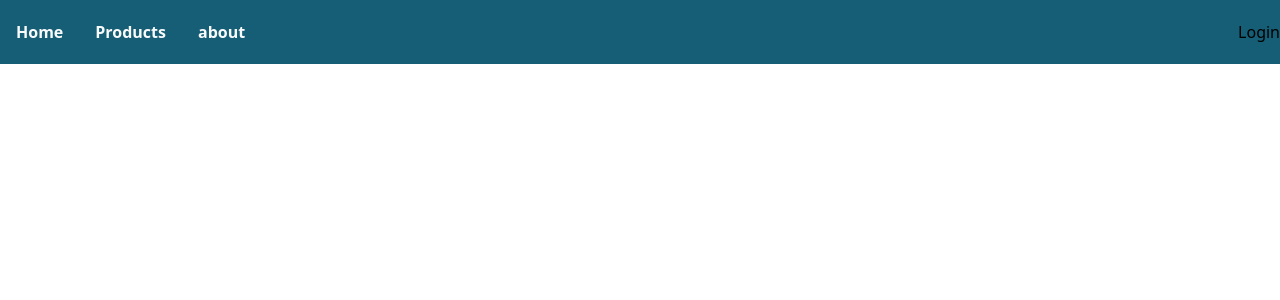
Repository: Sanaa00/svelte-test
Page: /
An editor plug-in stored every save of this project. The page is shown before and after the next save, followed by the edit.
The browser window is 1280 px wide. The pictures show the whole page.
The project was rebuilt for these pictures with package versions that can differ from the ones it lists, and the page was loaded fresh each time. The framework's server and built-in components were replaced by stand-ins that run in the browser. Also part of the build but not shown: svelte.config.js, vite.config.js.

Above is the page before, as saved 2024-12-08 19:36:38.

After the next save:
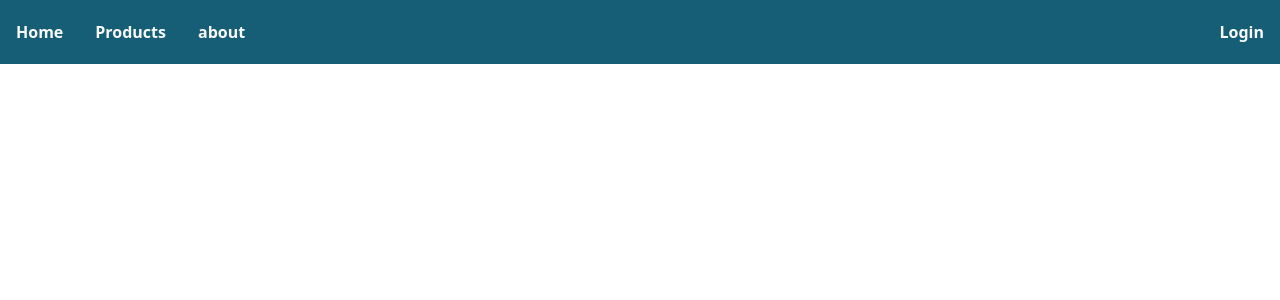
Saved 10 s later.
--- a/src/component/Navbar.svelte
+++ b/src/component/Navbar.svelte
@@ -8,6 +8,9 @@
 			<li class="px-4 font-semibold text-gray-50">Products</li>
 			<li class="px-4 font-semibold text-gray-50">about</li>
 		</ul>
-		<button>Login</button>
+		<button
+			class="px-4 font-semibold text-gray-50
+          ">Login</button
+		>
 	</nav>
 </main>
